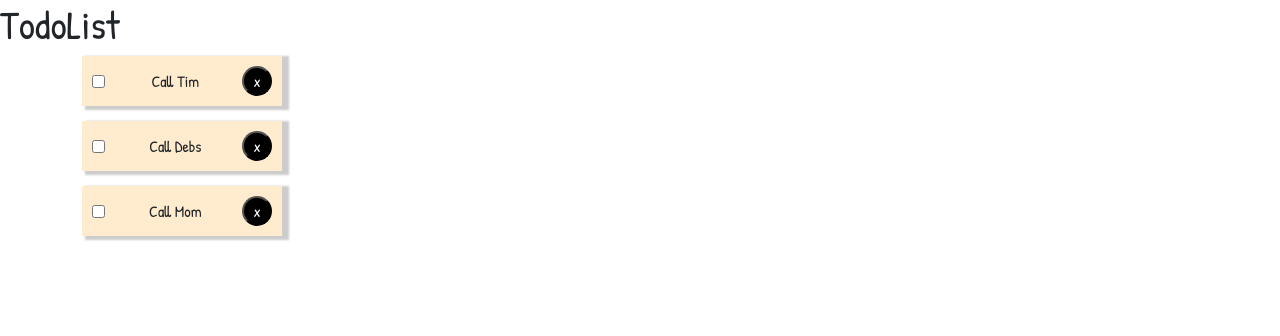
Repository: latenightsnacc/React-Projects
Page: / (app in todolist/)
An editor plug-in stored every save of this project. The page is shown before and after the next save, followed by the edit.
The browser window is 1280 px wide. The pictures show the whole page.
The project was rebuilt for these pictures with package versions that can differ from the ones it lists, and the page was loaded fresh each time.

Above is the page before, as saved 2020-07-02 12:26:52.

After the next save:
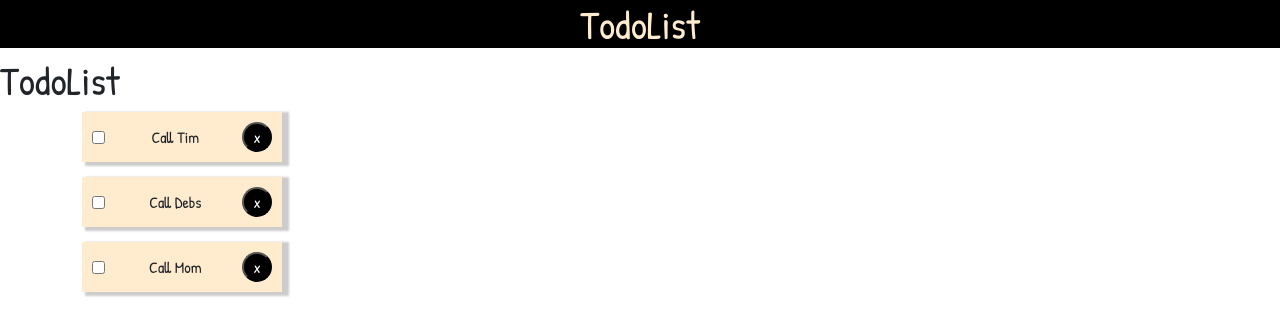
Saved 32 s later.
--- a/todolist/src/App.js
+++ b/todolist/src/App.js
@@ -1,5 +1,6 @@
 import React, {Component} from 'react';
 import TodoList from './components/TodoList';
+import Header from './components/layout/Header'
 import './styles/App.scss';
 
 class App extends Component  {
@@ -51,6 +52,7 @@ class App extends Component  {
   render() {
     return (
       <div className="App">
+        <Header />
         <TodoList tasks= {this.state.todos} markComplete={this.markComplete} deleteTask= {this.deleteTask} />
       </div>
     );
